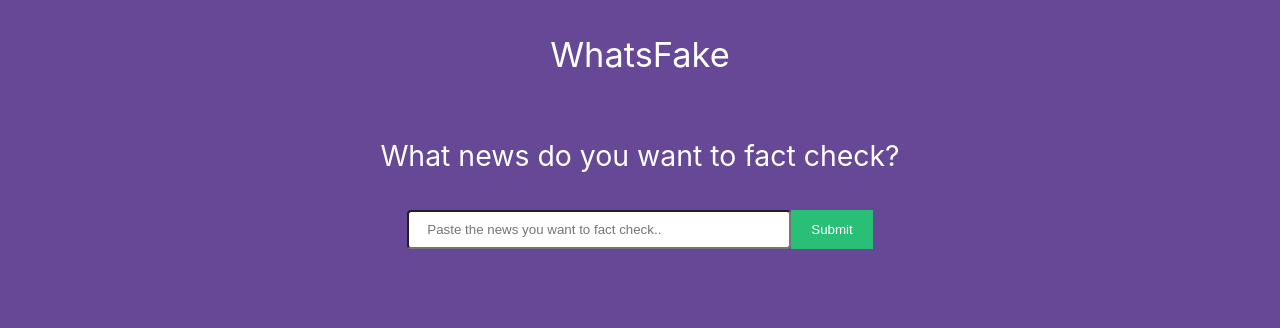
Repository: alkalox/FakeNews
Page: /
The author's editor kept a copy of each file at every save. The page is drawn from the files as they stood at one save, then again after the next save.
The browser window is 1280 px wide. The pictures show the whole page.
The project was rebuilt for these pictures with package versions that can differ from the ones it lists, and the page was loaded fresh each time.

Above is the page before, as saved 2019-04-23 17:00:49.

After the next save:
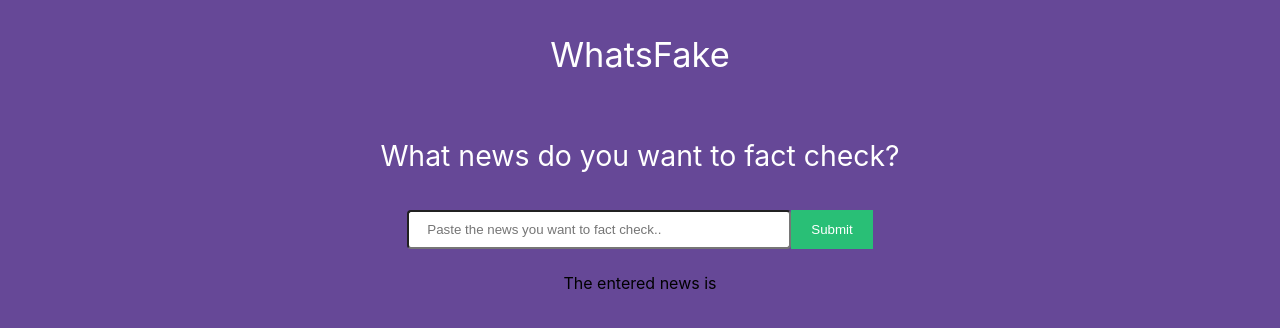
Saved 49 s later.
--- a/src/App.js
+++ b/src/App.js
@@ -57,6 +57,9 @@ class App extends Component {
               <input type="submit" value="Submit" className ="submit" />
             </form>
           </div>
+          <div className = "result">
+            <p> The entered news {this.state.value} is {this.state.result}</p>
+          </div>
         </div>
       </div>
     );
